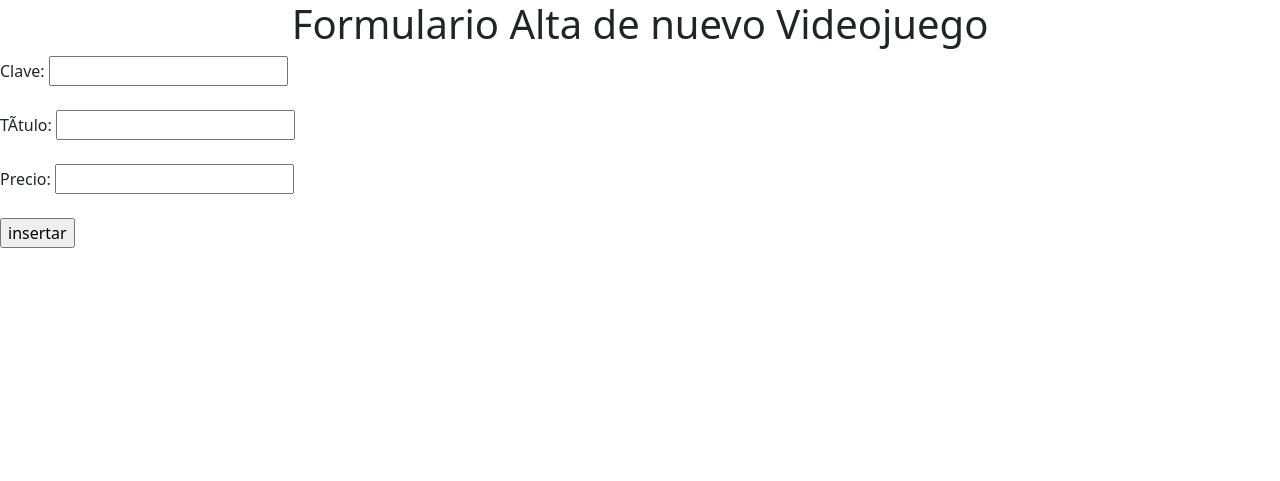
Repository: Jatziri16/JavaEE
Page: http://localhost/TiendaVideojuegos/FormularioInsertarVideojuego.jsp
An editor plug-in stored every save of this project. The page is shown before and after the next save, followed by the edit.
The browser window is 1280 px wide. The pictures show the whole page.
The page is served by Tomcat 9. Other server files are loaded and not shown.

Above is the page before, as saved 2023-12-06 02:55:48.

### TiendaVideojuegos/src/main/webapp/FormularioInsertarVideojuego.jsp
<!DOCTYPE html>
<html>
<head>
	<meta charset="UTF-8">
	<title>Formulario Alta Videojuego</title>
	<link rel=stylesheet href="css/style.css" type="text/css">
	<!-- Bootstrap -->
 		<link href="https://cdn.jsdelivr.net/npm/bootstrap@5.1.3/dist/css/bootstrap.min.css" rel="stylesheet" integrity="sha384-1BmE4kWBq78iYhFldvKuhfTAU6auU8tT94WrHftjDbrCEXSU1oBoqyl2QvZ6jIW3" crossorigin="anonymous">
	<script type="text/javascript" src="js/validaciones_vid.js"></script>
</head>
<body>
	<h1>Formulario Alta de nuevo Videojuego</h1>
	<form>
		Clave:
		<input type="text" name="cve"><br><br>
		Título:
		<input type="text" name="titulo"><br><br>
		Precio:
		<input type="text" name="precio"><br><br>
		<input type="button" value="insertar"><br><br>
	</form>
</body>
</html>

### TiendaVideojuegos/src/main/webapp/css/style.css
body
{
	background-color: gray;
}
h1
{
	text-align: center;
}
.contenedor {
    padding: 30px 0;
}

.centrar
{
display: flex;
  justify-content: center;
    /* margin: 0 auto; */
}
.centrar-2
{
	margin: 0 auto;
}
.invalido {
	margin-top: 5px;
    font-size: 80%;
}

.login-container {
    /* background-image: linear-gradient(rgba(0, 0, 0, 0.5), rgba(0, 0, 0, 0.5)), url(../../../../assets/imgs/login-bg.png); */
    background-size: cover;
    background-color: rgba(20, 20, 20, 0.908);
	border-radius: 5px;
    padding: 30px 50px;
    color: white;
}
.warning-container
{
	background-size: cover;
    background-color: red;
	border-radius: 5px;
    padding: 30px 50px;
    color: white;
}
.button {
  background-color: transparent; /* Green */
  border: none;
  padding: 5px 0;
  width: 100%;
  text-align: center;
  text-decoration: none;
  display: inline-block;
  font-size: 16px;
  margin: 4px 2px;
  transition-duration: 0.4s;
  cursor: pointer;
  border-radius: 8px;
}

.btn-insertar {
  color: white;
  border: 2px solid #4CAF50;
}
.btn-actualizar {
  color: white;
  border: 2px solid #db752d;
}
.btn-cancelar {
  color: white;
  border: 2px solid #474747;
}

.btn-insertar:hover {
  background-color: #4CAF50;
  color: white;
}
.btn-actualizar:hover {
  background-color: #db752d;
  color: white;
}
.btn-cancelar:hover {
  background-color: #474747;
  color: white;
}

/*input {
	border: 1px solid red;
}*/

### TiendaVideojuegos/src/main/webapp/js/validaciones_vid.js
function validarForms()
{
	console.log("ENTRO A validarForms()")
	//let clave = document.getElementById("clave").value;
	let titulo = document.getElementById("titulo").value;
	let precio = document.getElementById("precio").value;
	//let cveprov = document.getElementById("cveprov").value;
	let cveprov = document.getElementById("selectprov").value;
	let inv = document.getElementById("inventario").value;

	console.log("selected prov: "+cveprov);
	//clave == "" ||
	if(titulo == "" || precio == "" || cveprov == "" || inv == "") {
		setWarnsMsj();
	}
	else
	{
		//"clave = "+clave+
		alert("\ntitulo = "+titulo+"\nprecio = "+precio+"\ncveprov = "+cveprov+"\ninv = "+inv)
		//clave="+clave+"&
		document.forms[0].action = "InsertarVideojuego.do?titulo="+titulo+"&precio="+precio+"&cveprov="+cveprov+"&inventario="+inv;
		document.forms[0].method = "get";
		document.forms[0].submit();
		alert("Videojuego insertado");
	}
}

function validarFormsUpdate()
{
	console.log("ENTRO A validarFormsUpdate()")
	let clave = document.getElementById("clave").value;
	let titulo = document.getElementById("titulo").value;
	let precio = document.getElementById("precio").value;
	//let cveprov = document.getElementById("cveprov").value;
	let cveprov = document.getElementById("cveprov").value.split(" ")
	cveprov = cveprov[0];
	let inv = document.getElementById("inventario").value;

	if(titulo == "" || precio == "" || inv == "") {
		setWarnsMsj();
	}
	else
	{
		alert("clave="+clave+"\ntitulo = "+titulo+"\nprecio = "+precio+"\ncveprov = "+cveprov+"\ninv = "+inv)
		document.forms[0].action = "ActualizarVideojuego.jsp?clave="+clave+"&titulo="+titulo+"&precio="+precio+"&cveprov="+cveprov+"&inventario="+inv;
		document.forms[0].method = "post";
		document.forms[0].submit();
		alert("Videojuego actualizado");
	}
}

function setWarnsMsj()
{
    //if(clave == "") document.getElementById("warn_clave").innerHTML = "*Ingrese una clave";
	if(titulo == "") document.getElementById("warn_titulo").innerHTML = "*Ingrese un titulo";
	if(precio == "") document.getElementById("warn_precio").innerHTML = "*Ingrese el precio del videojuego";
	//if(cveprov == "") document.getElementById("warn_cveprov").innerHTML = "*Ingrese la clave del proveedor";
	//if(inv == "") document.getElementById("warn_inventario").innerHTML = "*Ingrese la cantidad en existencia";

	document.getElementById("ilistalert").innerHTML = "Todos los campos son obligatorios";
    document.getElementById("ilistalert").style.display = "inherit";
    setTimeout(function () {
      document.getElementById("ilistalert").style.display = "none";
    }, 5000);
}

function filtrarVideojuegos()
{
	const claveProv = document.getElementById("selectprov").value;
	console.log("selected prov: "+claveProv);
}

After the next save:
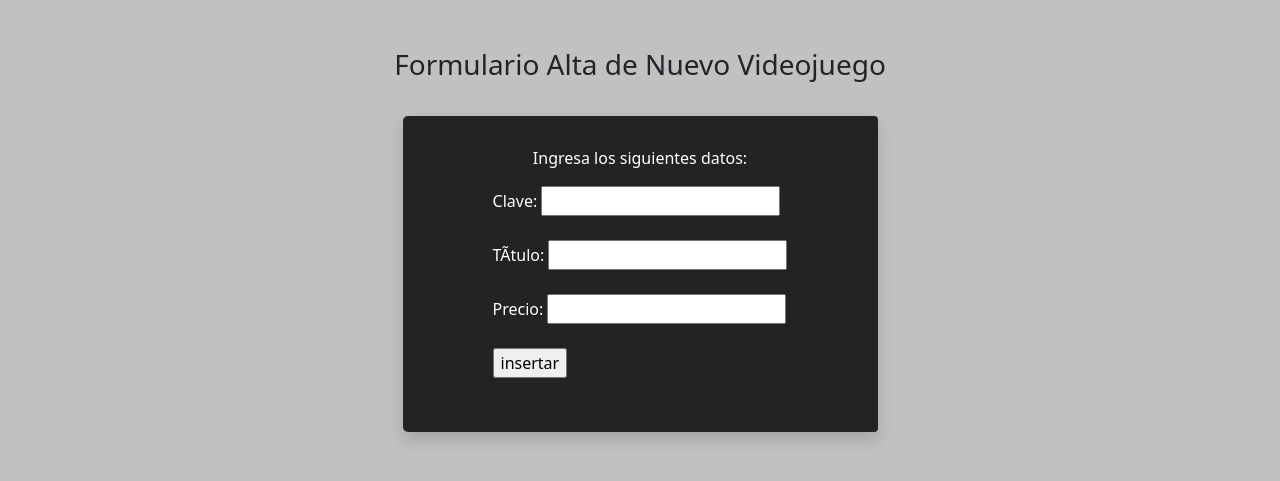
Saved 3 min 7 s later.
--- a/TiendaVideojuegos/src/main/webapp/FormularioInsertarVideojuego.jsp
+++ b/TiendaVideojuegos/src/main/webapp/FormularioInsertarVideojuego.jsp
@@ -8,7 +8,7 @@
  		<link href="https://cdn.jsdelivr.net/npm/bootstrap@5.1.3/dist/css/bootstrap.min.css" rel="stylesheet" integrity="sha384-1BmE4kWBq78iYhFldvKuhfTAU6auU8tT94WrHftjDbrCEXSU1oBoqyl2QvZ6jIW3" crossorigin="anonymous">
 	<script type="text/javascript" src="js/validaciones_vid.js"></script>
 </head>
-<body>
+<!-- <body>
 	<h1>Formulario Alta de nuevo Videojuego</h1>
 	<form>
 		Clave:
@@ -19,5 +19,35 @@
 		<input type="text" name="precio"><br><br>
 		<input type="button" value="insertar"><br><br>
 	</form>
-</body>
+</body> -->
+<body style='background-color: rgba(50, 50, 50, 0.3);'>
+		<div id="fondo">
+			<h3 class="text-center mt-5 mb-1">Formulario Alta de Nuevo Videojuego</h3>
+			<div class="container rounded-3 contenedor">
+				<div class="row align-items-stretch justify-content-center">
+					<div class="login-container  col-7 col-sm-6 col-md-5 col-xl-5 rounded-end shadow">
+						<p class="text-center">Ingresa los siguientes datos:</p>
+						<div class="centrar">
+							<!-- FORM -->
+							<form>
+								Clave:
+								<input type="text" name="cve"><br><br>
+								Título:
+								<input type="text" name="titulo"><br><br>
+								Precio:
+								<input type="text" name="precio"><br><br>
+								<input type="button" value="insertar"><br><br>
+							</form>
+						</div>
+					</div>
+				</div>
+
+				<div class="row mt-3 align-items-stretch justify-content-center">
+					<div class="col-7 col-sm-6 col-md-5 col-xl-5">
+						<div class="alert alert-danger" role="alert" id="ilistalert" style="display:none">hola</div>
+					</div>
+				</div>
+			</div>
+		</div>
+	</body>
 </html>
